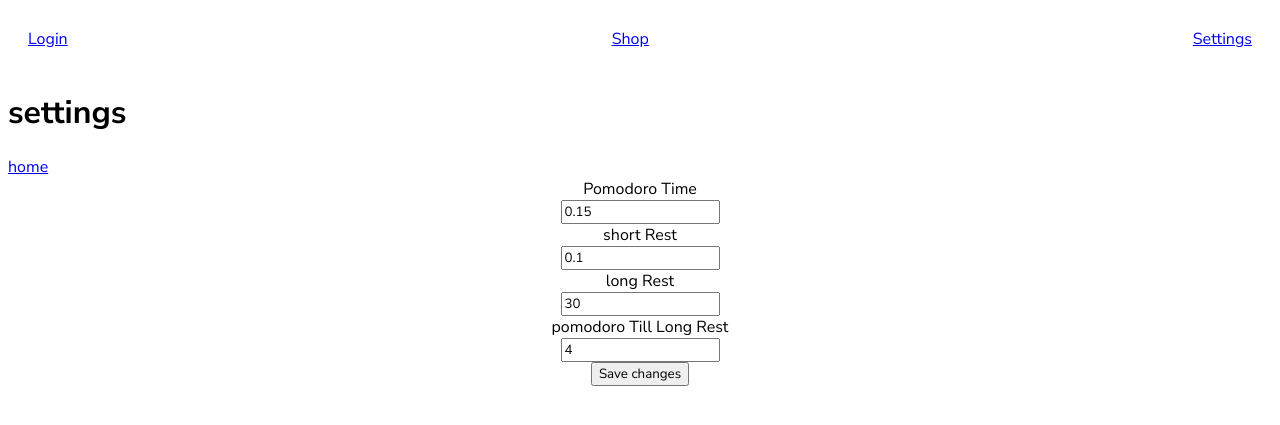
Repository: David-Waite/StudyTimer
Page: /settings
The author's editor kept a copy of each file at every save. The page is drawn from the files as they stood at one save, then again after the next save.
The browser window is 1280 px wide. The pictures show the whole page.
The project was rebuilt for these pictures with package versions that can differ from the ones it lists, and the page was loaded fresh each time. Also part of the build but not shown: vite.config.js, src/views/LoginView.vue, src/components/TimerItem.vue, src/views/HomeView.vue, src/views/ShopView.vue, src/views/SignupView.vue.

Above is the page before, as saved 2024-04-17 18:53:57.

After the next save:
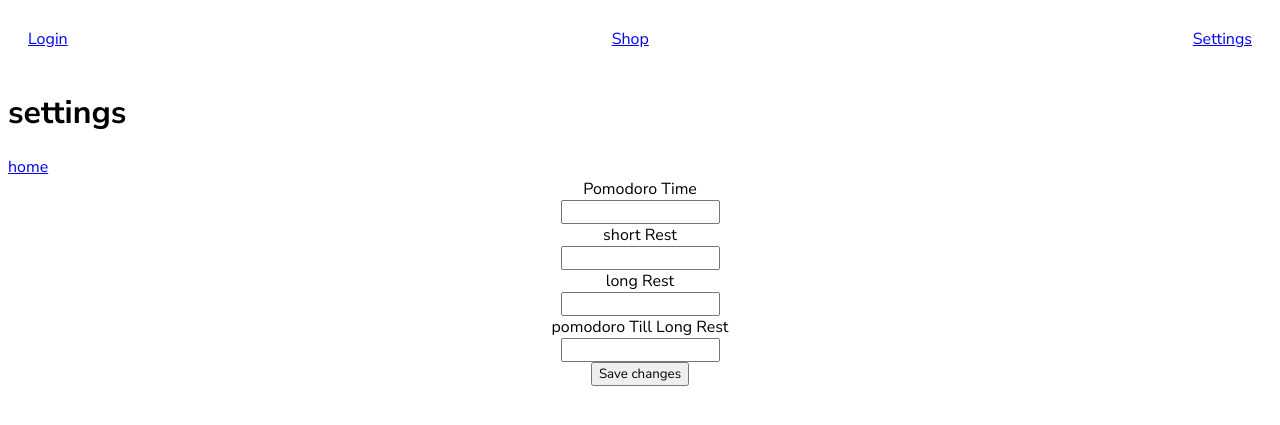
Saved 2 min 38 s later.
--- a/src/stores/settings.js
+++ b/src/stores/settings.js
@@ -3,14 +3,19 @@
 export const usePomodoroSettingsStore = defineStore('settings', {
   state: () => {
     return {
-      pomodoroTime: 0.15,
-      shortRest: 0.1,
-      longRest: 30,
-      pomodoroTillLongRest: 4
+      settings: {
+        pomodoroTime: 0.15,
+        shortRest: 0.1,
+        longRest: 30,
+        pomodoroTillLongRest: 4
+      }
     }
   },
 
   actions: {
+    updatedSettings(settings) {
+      this.pomodoroTime = settings
+    },
     setPomodoro(mintues) {
       console.log(`pomo ${mintues}`)
       this.pomodoroTime = mintues

After the 6 saves that followed:
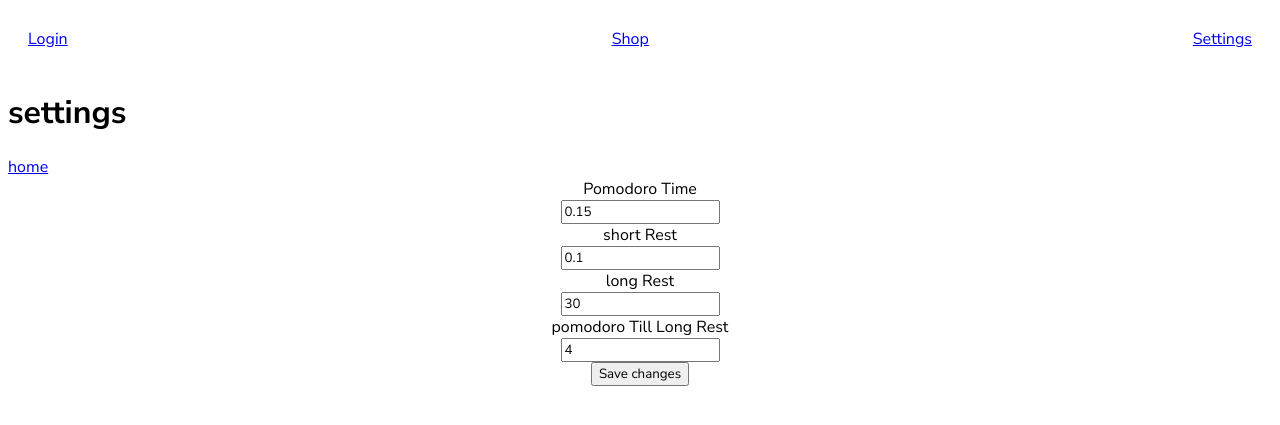
The 6 saves are shown as one change because 1 did not build or start and 3 left the picture as it was and some came seconds apart.
The last was saved 69 s later.
--- a/src/views/SettingsView.vue
+++ b/src/views/SettingsView.vue
@@ -23,7 +23,7 @@ import { useTimerStore } from '@/stores/timer'
 <script>
 export default {
   data() {
-    const settings = usePomodoroSettingsStore()
+    const settings = usePomodoroSettingsStore().settings
     return {
       pomodoroTime: settings.pomodoroTime,
       shortRest: settings.shortRest,
--- a/src/stores/settings.js
+++ b/src/stores/settings.js
@@ -14,20 +14,7 @@
 
   actions: {
     updatedSettings(settings) {
-      this.pomodoroTime = settings
-    },
-    setPomodoro(mintues) {
-      console.log(`pomo ${mintues}`)
-      this.pomodoroTime = mintues
-    },
-    setShortRest(mintues) {
-      this.shortRest = mintues
-    },
-    setLongRest(mintues) {
-      this.longRest = mintues
-    },
-    setPomodoroTillLongRest(amount) {
-      this.pomodoroTillLongRest = amount
+      this.settings = settings
     }
   }
 })
--- a/src/stores/timer.js
+++ b/src/stores/timer.js
@@ -3,7 +3,7 @@ import { usePomodoroSettingsStore } from '@/stores/settings'
 
 export const useTimerStore = defineStore('time', {
   state: () => {
-    const settings = usePomodoroSettingsStore()
+    const settings = usePomodoroSettingsStore().settings
     return {
       time: settings.pomodoroTime * 60,
       intervalId: null,
